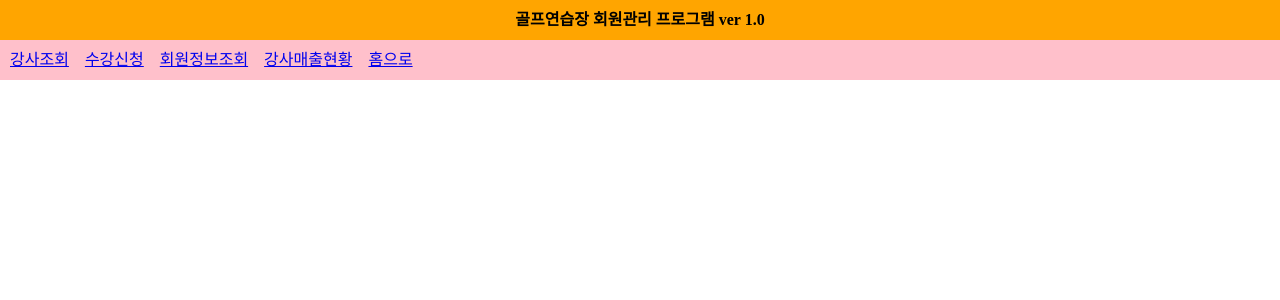
Repository: wjdwlgns1101/school_hrd
Page: http://localhost/hrd_30111_1_/
An editor plug-in stored every save of this project. The page is shown before and after the next save, followed by the edit.
The browser window is 1280 px wide. The pictures show the whole page.
The page is served by Tomcat 9.

Above is the page before, as saved 2024-05-06 13:48:09.

### hrd_30111_(1)/hrd_30111(1)/src/main/webapp/index.jsp
<%@ page language="java" contentType="text/html; charset=UTF-8"
    pageEncoding="UTF-8"%>
<!DOCTYPE html>
<html>
<head>
<meta charset="UTF-8">
<title>Insert title here</title>
</head>
<body>
<jsp:include page="header.jsp"></jsp:include>
<section style="background-color: lightgray">



</section>


<jsp:include page="footer.jsp"></jsp:include>
</body>
</html>

### hrd_30111_(1)/hrd_30111(1)/src/main/webapp/header.jsp
<%@ page language="java" contentType="text/html; charset=UTF-8"
    pageEncoding="UTF-8"%>
<!DOCTYPE html>
<html>
<head>
<meta charset="UTF-8">
<title>Insert title here</title>
</head>
<body>
<header style="position: fixed; background-color: orange; width: 100%; height: 40px; padding: 0; left: 0; top: 0; text-align: center; line-height: 40px;'">
	<b>골프연습장 회원관리 프로그램 ver 1.0</b>

<nav style="background-color: pink; text-align: left; padding-left: 10px; " >

	<a href="#">강사조회</a> &nbsp;&nbsp;
	<a href="#">수강신청</a> &nbsp;&nbsp;
	<a href="#">회원정보조회</a> &nbsp;&nbsp;
	<a href="#">강사매출현황</a> &nbsp;&nbsp;
	<a href="index.jsp">홈으로</a>

</nav>

</header>


</body>
</html>

Loaded but not shown: hrd_30111_(1)/hrd_30111(1)/src/main/webapp/footer.jsp (common file)

After the next save:
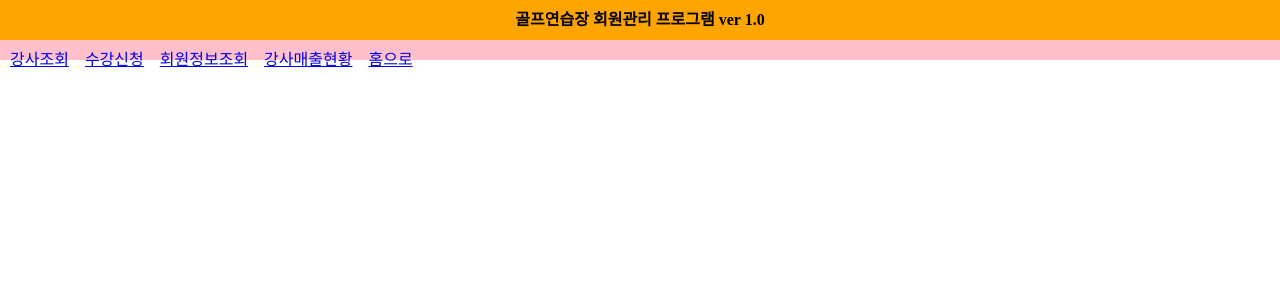
Saved 15 s later.
--- a/hrd_30111_(1)/hrd_30111(1)/src/main/webapp/header.jsp
+++ b/hrd_30111_(1)/hrd_30111(1)/src/main/webapp/header.jsp
@@ -10,7 +10,7 @@
 <header style="position: fixed; background-color: orange; width: 100%; height: 40px; padding: 0; left: 0; top: 0; text-align: center; line-height: 40px;'">
 	<b>골프연습장 회원관리 프로그램 ver 1.0</b>
 
-<nav style="background-color: pink; text-align: left; padding-left: 10px; " >
+<nav style="background-color: pink; text-align: left; padding-left: 10px; height: 20px;" >
 
 	<a href="#">강사조회</a> &nbsp;&nbsp;
 	<a href="#">수강신청</a> &nbsp;&nbsp;
